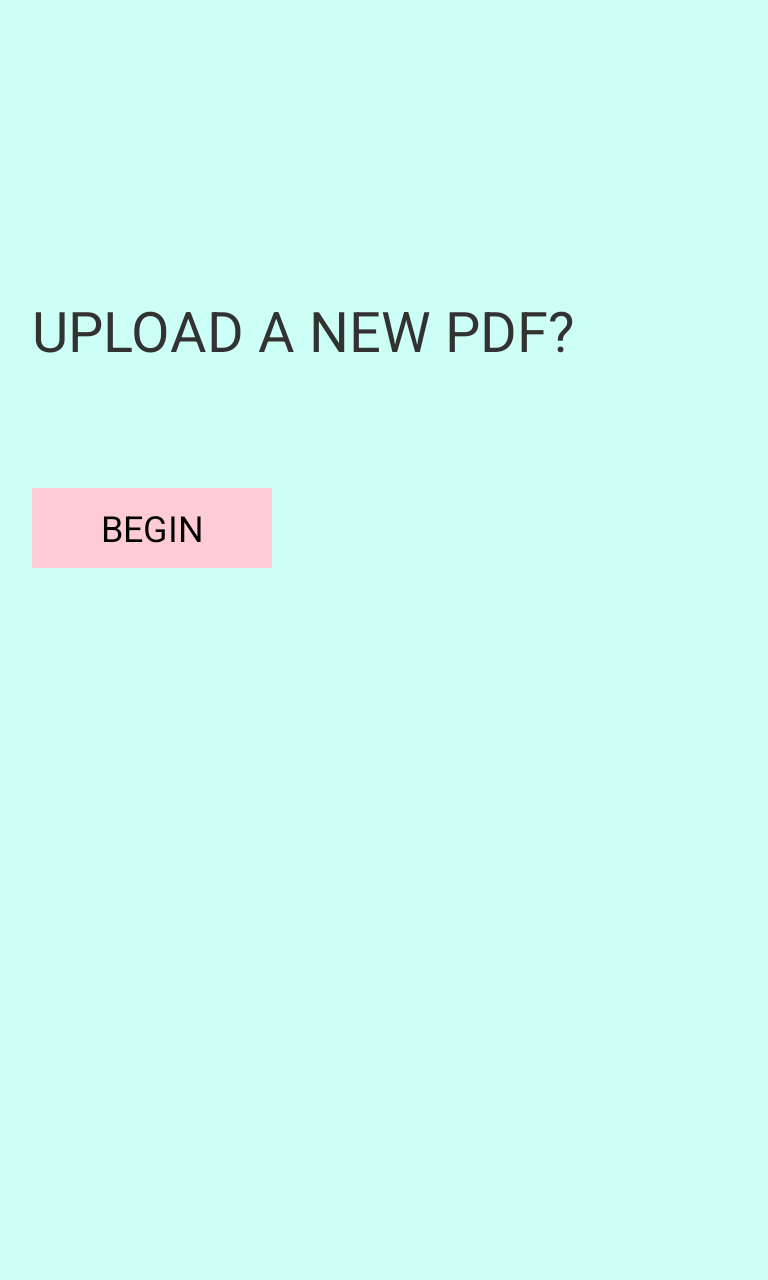
Repository: nick11roberts/Moka-Scanr
Layout: Document Uploader/res/layout/activity_preview.xml
These files come from the project's save history. The layout is drawn as it stood at one moment and after the next save; the edit follows.
It is drawn on a 768 x 1280 px phone screen (xhdpi) without system bars, with theme android:Theme.Holo.Light.NoActionBar; the app's code is not run. The app's manifest (not shown) leaves right-to-left support off. So textAlignment, textDirection and layoutDirection are ignored, and left and right values win over start and end ones.

Above is the layout before, as saved 2014-05-31 00:09:42.

After the next save:
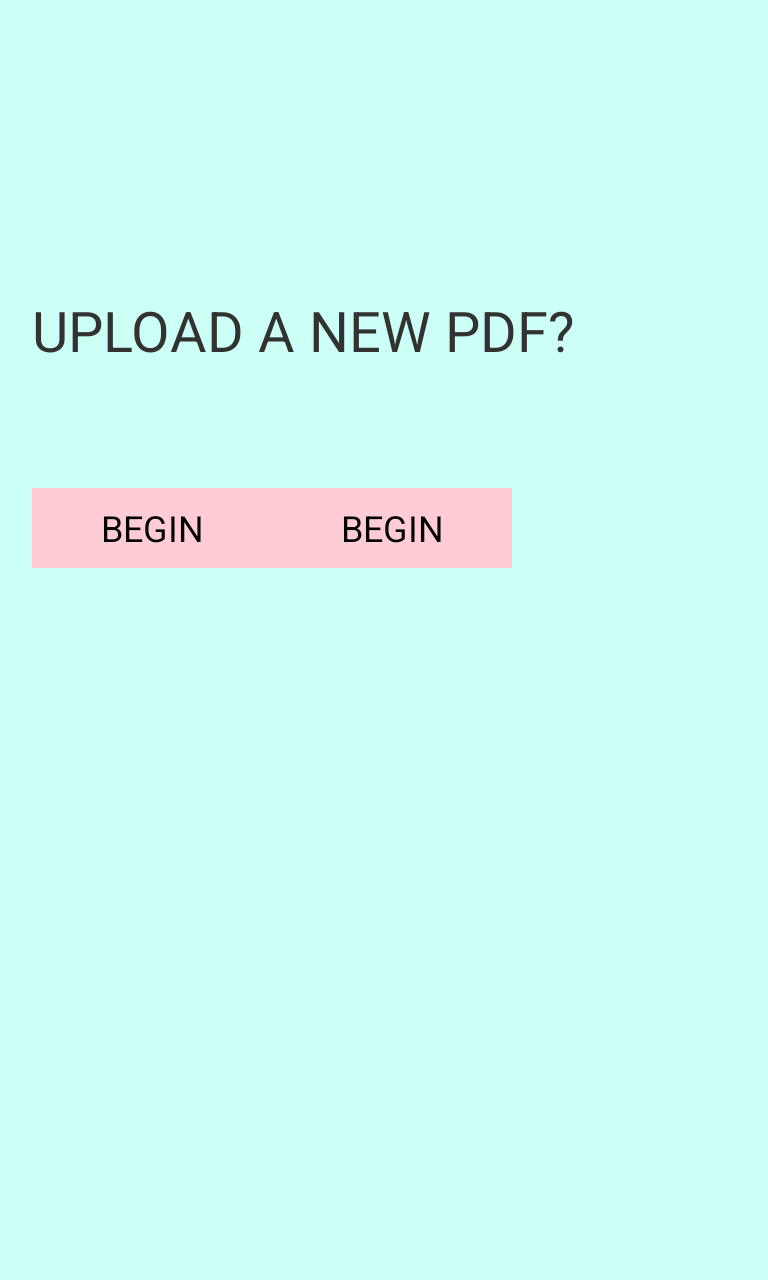
Saved 22 s later.
--- a/Document Uploader/res/layout/activity_preview.xml
+++ b/Document Uploader/res/layout/activity_preview.xml
@@ -37,6 +37,14 @@
             android:text="@string/main_button_upload"
             android:textAlignment="center" />
 
+        <Button
+            android:id="@+id/button2"
+            android:layout_width="120dp"
+            android:layout_height="40dp"
+            android:background="@color/button_color"
+            android:text="@string/main_button_upload"
+            android:textAlignment="center" />
+
     </LinearLayout>
 
 </LinearLayout>
